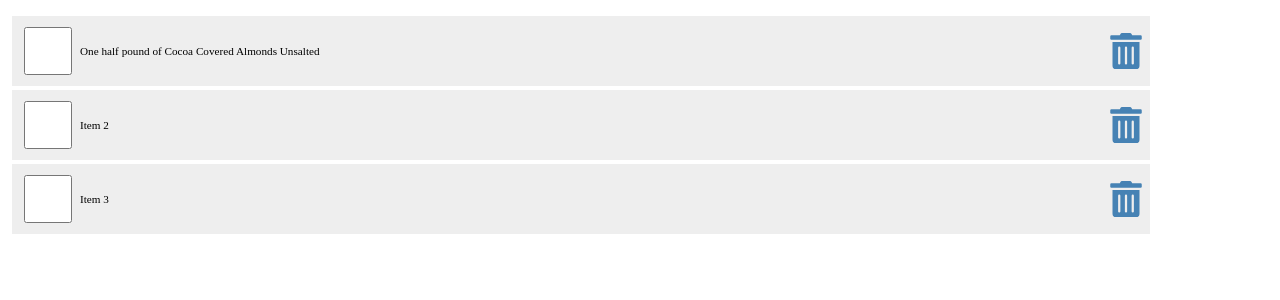
Repository: akinmiday/react-series
Page: /
An editor plug-in stored every save of this project. The page is shown before and after the next save, followed by the edit.
The browser window is 1280 px wide. The pictures show the whole page.
The project was rebuilt for these pictures with package versions that can differ from the ones it lists, and the page was loaded fresh each time. Also part of the build but not shown: vite.config.js, src/index.css.

Above is the page before, as saved 2023-08-21 18:08:16.

### src/App.jsx
import { useState } from 'react'
import { FaTrashAlt } from "react-icons/fa"
import './App.css'

const App = () => {

  const [items, setItems] = useState([
    {
      id: 1,
      checked: false,
      item: "One half pound of Cocoa Covered Almonds Unsalted"
    },
    {
      id: 2,
      checked: false,
      item: "Item 2"
    },
    {
      id: 3,
      checked: false,
      item: "Item 3"

    }
  ])


  return (
    <>
      <ul>
        {items.map((item) => (
          <li className='item' key={item.id} >
            <input
              type='checkbox'
              checked={item.checked}
            />
            <label>{item.item}</label>
            <FaTrashAlt
              role='button'
              tabIndex="0"
            />
          </li>
        ))}
      </ul>
    </>
  )
}

export default App

### src/App.css
ul {
    width: 90%;
    list-style: none;
    padding: 0 0.25rem 0.25rem;
}

ul li::before{
    content: "\200B";
}

.item{
    display: flex;
    justify-content: flex-start;
    align-items: center;
    padding: 0.5rem 0 0.5rem 0.5rem;
    margin: 0.25rem 0;
    background-color: #eee;
}

.item input[type="checkbox"] {
    text-align: center;
    width: 2.5rem;
    width: 48px;
    min-width: 48px;
    height: 2.5rem;
    height: 48px;
    min-height: 48px;
    cursor: pointer;
    margin-right: 0.5rem;
}

.item input[type="checkbox"]:focus + label{
text-decoration: underline;
}

.item > label{
    font-size: 0.7rem;
    flex-grow: 1;
}

.item svg{
    width: 48px;
    min-width: 48px;
    height: 36px;
    font-size: 2px;
    color: steelblue;
    cursor: pointer;
}

.item svg:focus,
.item svg:hover{
    color: red;
    outline: none;
}

Loaded but not shown: index.html (common file); src/main.jsx (common file)

After the next save:
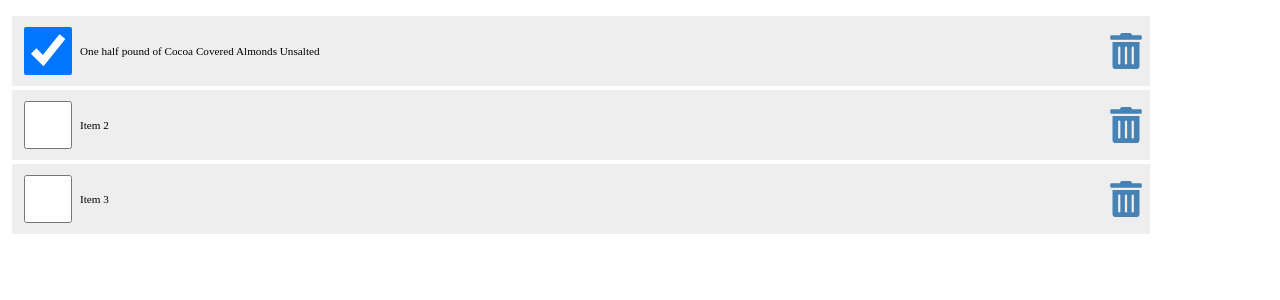
Saved 18 s later.
--- a/src/App.jsx
+++ b/src/App.jsx
@@ -7,7 +7,7 @@
   const [items, setItems] = useState([
     {
       id: 1,
-      checked: false,
+      checked: true,
       item: "One half pound of Cocoa Covered Almonds Unsalted"
     },
     {

After the save that followed:
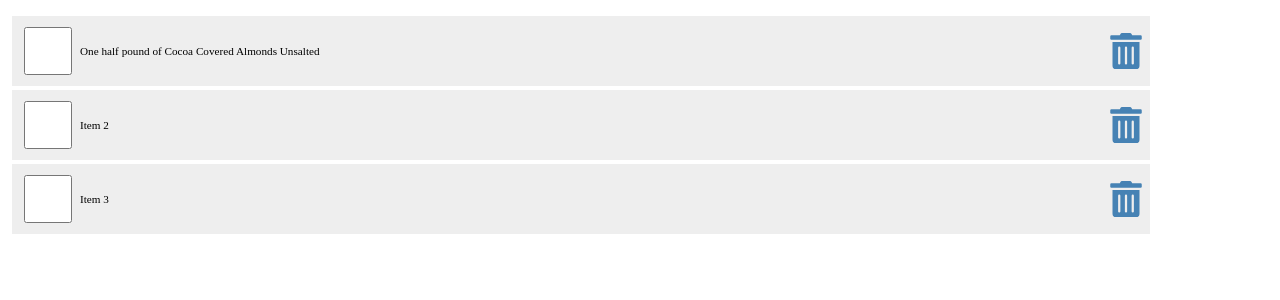
Saved 97 s later.
--- a/src/App.jsx
+++ b/src/App.jsx
@@ -7,7 +7,7 @@
   const [items, setItems] = useState([
     {
       id: 1,
-      checked: true,
+      checked: false,
       item: "One half pound of Cocoa Covered Almonds Unsalted"
     },
     {
